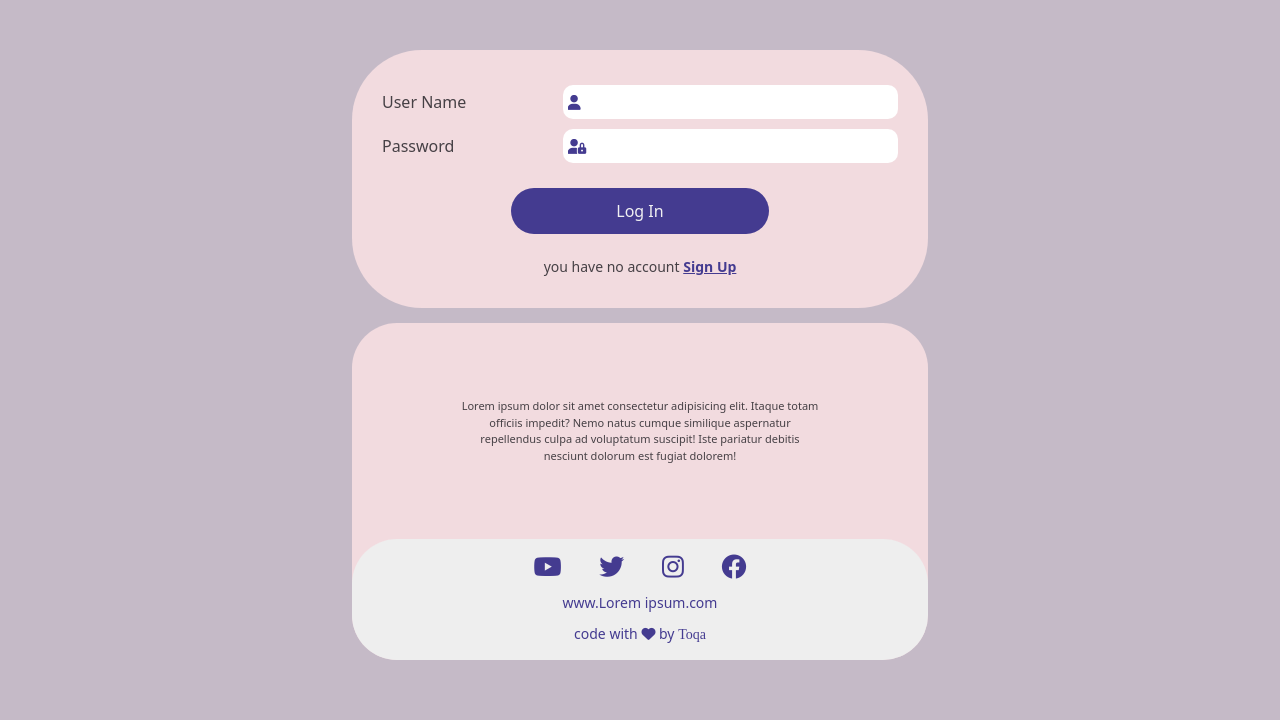
Repository: Toqa-25/register-page-one
Page: log in/index.html
These files come from the project's save history. The page is drawn as it stood at one moment and after the next save; the edit follows.
The browser window is 1280 px wide. The pictures show the whole page.
Some web fonts or font styles are not loaded; a fallback is used. Some web libraries are served in a nearby version.

Above is the page before, as saved 2021-12-26 14:08:47.

### log in/index.html
<!DOCTYPE html>
<html lang="en">
<head>
    <meta charset="UTF-8">
    <meta http-equiv="X-UA-Compatible" content="IE=edge">
    <meta name="viewport" content="width=device-width, initial-scale=1.0">
    <!-- bootstrab Style -->
    <link href="https://cdn.jsdelivr.net/npm/bootstrap@5.1.3/dist/css/bootstrap.min.css" rel="stylesheet" integrity="sha384-1BmE4kWBq78iYhFldvKuhfTAU6auU8tT94WrHftjDbrCEXSU1oBoqyl2QvZ6jIW3" crossorigin="anonymous">
    <!-- fontawosome -->
  <link rel="stylesheet" href="https://pro.fontawesome.com/releases/v5.10.0/css/all.css" integrity="sha384-AYmEC3Yw5cVb3ZcuHtOA93w35dYTsvhLPVnYs9eStHfGJvOvKxVfELGroGkvsg+p" crossorigin="anonymous"/>
    <link rel="stylesheet" href="https://cdnjs.cloudflare.com/ajax/libs/font-awesome/5.1.0/css/v4-shims.min.css">
    <link rel="stylesheet" href="https://cdnjs.cloudflare.com/ajax/libs/font-awesome/6.0.0-beta3/css/all.min.css">
  <!-- css file style -->
    <link rel="stylesheet" href="../css/style.css">
    <!-- google font -->
    <link rel="preconnect" href="https://fonts.googleapis.com">
<link rel="preconnect" href="https://fonts.gstatic.com" crossorigin>
<link href="https://fonts.googleapis.com/css2?family=Pushster&display=swap" rel="stylesheet">
    <!-- page-title -->
    <title> log in Page </title>
</head>
<body>
<!-- sign up  Section -->
<form action="" class="part-style" id="sign-form">
    <!-- user-name -->
    <div class="form-input d-flex justify-content-between align-items-center flex-sm-column flex-md-row">
    <label for="user-name">User Name</label>
    <input type="text" name="" id="user-name" class="input input-font" placeholder="&#xf007;">
    </div>
    <!-- password -->
    <div class="form-input d-flex justify-content-between align-items-center flex-sm-column flex-md-row">
    <label for="password">Password</label>
    <input type="password" name="" id="password" class="input" placeholder="&#xf502;">
    </div>
    <!-- submit btn  -->
    <input type="submit" value="Log In" class="btn sign-log-btn d-block log-btn input-font"  id="sign-btn" >
     <span>you have no account  <a href="../sign up/index.html"> Sign Up </a></span>
</form>
   <!-- accept section -->

   <!-- footer section -->
  <footer class="part-style">
          <div class="footer-content">
              <div class="footer-text">
                  <p class="footer-text-info">
                      Lorem ipsum dolor sit amet consectetur adipisicing elit. Itaque totam officiis impedit? Nemo natus cumque similique aspernatur repellendus culpa ad voluptatum suscipit! Iste pariatur debitis nesciunt dolorum est fugiat dolorem!
                  </p>
              </div>
              <div class="footer-icons d-flex flex-column justify-content-evenly align-items-center">
                  <!-- <div class="footer-icons-group"> -->
                      <span class="footer-icons-group d-flex justify-content-evenly align-items-center">
                  <!-- <i class="fab fa-youtube"> <a href="https://toqa-25.github.io/portfolio/" target="_blank" rel="noopener noreferrer"></a> </i> -->
                  <a href="https://" target="_blank" rel="noopener noreferrer"> <i class="fab fa-youtube"></i></a>
                  <a href="http://" target="_blank" rel="noopener noreferrer"><i class="fab fa-twitter"></i></a>
                  <a href="http://" target="_blank" rel="noopener noreferrer"><i class="fab fa-instagram"></i></a>
                 <a href="http://" target="_blank" rel="noopener noreferrer"> <i class="fab fa-facebook"></i></a>
                  </span>
              <!-- </div> -->
                <!-- <div class="footer-icons-text"> -->
                    <span class="web-text d-block">www.Lorem ipsum.com</span>
                    <span class="code-text">code with <i class="fas fa-heart"></i> by <Span class="coder"><a href="https://toqa-25.github.io/portfolio/" target="_blank" rel="noopener noreferrer" >Toqa</a></Span> </span>
                <!-- </div> -->
              </div>
      </div>
  </footer>
  <script>
    //   // checked ok
    //   let checked = document.getElementById("checked")
    //   let right = document.getElementById("right")
    //  checked.onclick = function () {
    //      if ( right.style.display === "none"){
    //          right.style.display="block"
    //      }
    //      else{
    //           right.style.display ="none"
    //      }
    //  }
    //  // form
    //  let form = document.getElementById("sign-form")
    //  let signUp = document.getElementById("sign-btn")
    //  form.addEventListener("submit" , function (event){
    //      event.preventDefault ()
    //  });

    //  signUp.addEventListener("click" , function (){
    //      setTimeout(() => {
    //          window.location ="../log in/index.html"
    //      }, 1000);
    //     console.log ("go")
    //  })
  </script>
</body>
</html>

### css/style.css

/* Root */
:root{
    --m-text-color:#f0f0f2;
    /* --s-text-color:#464045; */
    --s-text-color:#464045;
    --th-text-color:#545050;
    --pink-background:#f2dbdf;
    --sign-btn-background:#c5bac7;
    --log-btn-background:#443b90;
    --footer-icon-background:#eeeeee;
    --website-text:#c0bdd4;
}
/* global style */
*, p{
    box-sizing :border-box;
    padding: 0;
    margin: 0;
}
body{
    /* background-color:var(--th-text-color) ; */
        background-color: #c5bac7;
}
.part-style{
    width: 90%;
}
/* @media (min-width:575px){ */
 @media (min-width:991px){
    .part-style{
        width: 45%;
    }
    }
@media (max-width:990px){
.part-style{
    width: 60%;
}
}
@media (max-width:767px){
.part-style{
    width: 80%;
}
}
@media (max-width:575px){
.part-style{
    width: 95%;
}
}
/**********************************************************************/
/* sign in & log in style */
.sign-log , #sign-form{
    margin: 50px auto 15px;
    background-color: var(--pink-background);
    border-radius: 70px;
    -webkit-border-radius: 70px;
    -moz-border-radius: 70px;
    -ms-border-radius: 70px;
    -o-border-radius: 70px;
        color:var(--s-text-color);
     text-align: center;

}
.sign-log-btn,.sign-log-btn:hover,.sign-log-btn:hover a {
    width: 50%;
    margin: 20px auto;
    border-radius: 25px;
    padding: 10px;
    color:var(--m-text-color)


}
.sign-btn{
    background-color: var(--sign-btn-background);
}
.log-btn{
    background-color: var(--log-btn-background);
}
.sign-log-btn a{
    text-decoration: none;
    color:var(--m-text-color)

}
/* accept style */
.accept{
    color:var(--s-text-color);
    margin:20px auto;
}
.accept-content{
    background-color:var(--footer-icon-background) ;
    border-radius: 25px;
    -webkit-border-radius: 25px;
    -moz-border-radius: 25px;
    -ms-border-radius: 25px;
    -o-border-radius: 25px;
    padding: .75rem 1rem ;
    font-size: 15px;
}
.acc-text{
  margin-bottom: 0;
}
.acc-check{
    width: 13px;
    height: 13px;
    border-radius: 50%;
    border: 1px solid var(--s-text-color);
    cursor: pointer;
}
.acc-check i {
    margin: 3px 1px 3px 4px;
    font-size: 14px;
    line-height: 15px;
    display: none;
}
/**********************************************************************/
/* footer style */
footer {
    margin:15px auto 20px;
    color:var(--s-text-color);
    background-color: var(--pink-background);
    border-radius: 45px;
    -webkit-border-radius: 45px;
    -moz-border-radius: 45px;
    -ms-border-radius: 45px;
    -o-border-radius: 45px;
}

.footer-text{
    padding: 75px 50px;
    font-size: 11px;
    text-align: center;
}
.footer-text-info{
    width: 75%;
    margin: 0 auto;
}
.footer-icons{
    background-color:var(--footer-icon-background) ;
    border-radius: 45px;
    width: 100%;
    text-align: center;
    min-height: 100px;
        padding: 5px 0;
    color:var(--log-btn-background) ;


}
.footer-icons-group{
    width: 50%;
    margin: 10px auto 0;
}
.footer-icons-group i{
 font-size: 25px;
 transition: .3s;
 -webkit-transition: .3s;
 -moz-transition: .3s;
 -ms-transition: .3s;
 -o-transition: .3s;
color:var(--log-btn-background) ;

}
.footer-icons-group  a i:hover{
    transform: rotate(
360deg) scale(1.25);
color: var(--log-btn-background);
    color:var(--log-btn-background) ;

}
.web-text {
    font-size: 14px;
    margin: 10px auto;
}
.code-text {
    font-size: 14px;
    margin-bottom: 10px ;
}
footer a , footer a:hover{
    text-decoration:none ;
    color:var(--s-text-color);
    cursor: pointer;

}

.coder a , .coder a:hover{
    font-family: 'Pushster', cursive;
    color:var(--log-btn-background) ;


}
/**********************************************************************/
 /* sign-up page */
 #sign-form{
/* width: 70%; */
padding: 30px;
}
   .form-input {
       width: 100%;
   }
.input{
    width: 65%;
    padding: 5px;
    border: none;
    border-radius: 10px;
    margin: 5px 0;
    outline: none;
}
#sign-form span{
    font-size: 14px;
}
#sign-form span a{
    color:var(--log-btn-background) ;
    font-weight: bold;
    cursor: pointer;
}
@media (max-width:767px){
    .flex-sm-column{
        flex-direction: column;
}
.input{
    width: 80%;
}
}
/* @media (max-width:575px){
    .flex-sm-column{
        flex-direction: column;
}
.input{
    width: 95%;
}
} */
/**********************************************************************/
 /* sign-up page */
 /* @import "//netdna.bootstrapcdn.com/font-awesome/3.0/css/font-awesome.css"; */
::placeholder{
     font-family: 'Font Awesome 5 free';
     font-weight: 700;
     color: var(--s-text-color);
     font-size: 15px;
     letter-spacing: 1px;
     text-transform: capitalize;
    color:var(--log-btn-background) ;

 }

After the next save:
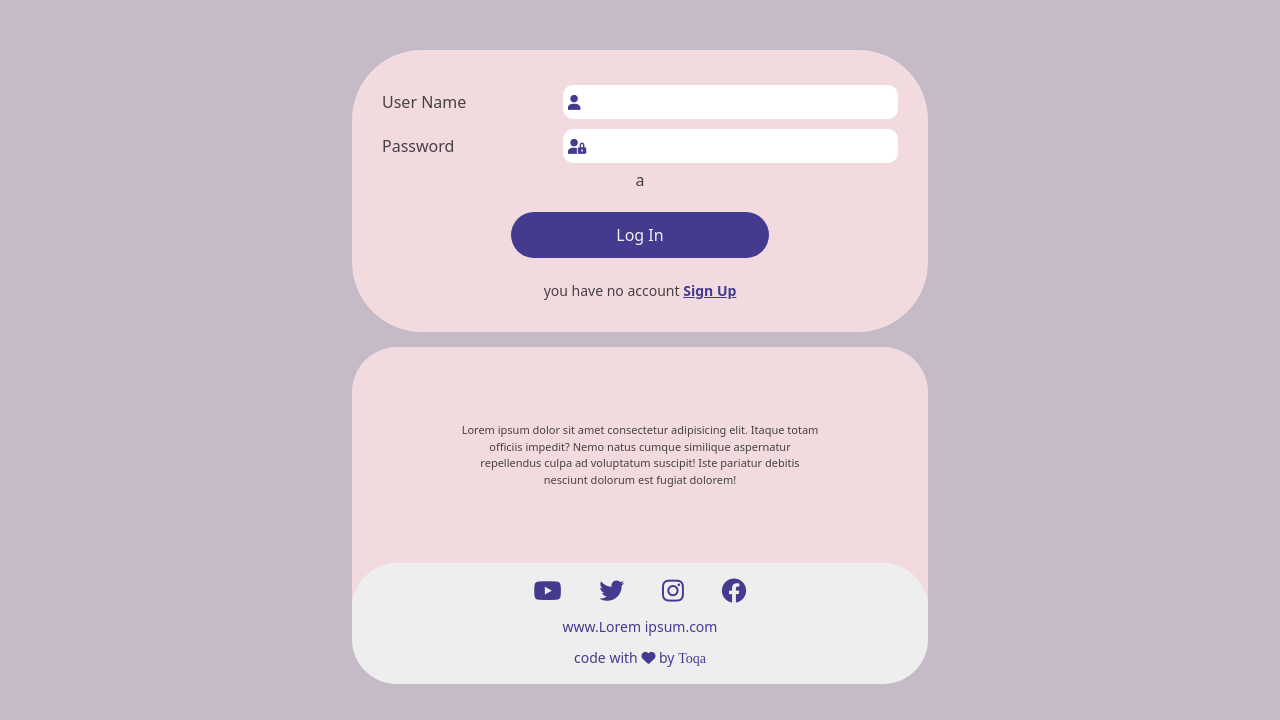
Saved 2 h 23 min later.
--- a/log in/index.html
+++ b/log in/index.html
@@ -33,6 +33,7 @@
     <input type="password" name="" id="password" class="input" placeholder="&#xf502;">
     </div>
     <!-- submit btn  -->
+    a
     <input type="submit" value="Log In" class="btn sign-log-btn d-block log-btn input-font"  id="sign-btn" >
      <span>you have no account  <a href="../sign up/index.html"> Sign Up </a></span>
 </form>

After the save that followed:
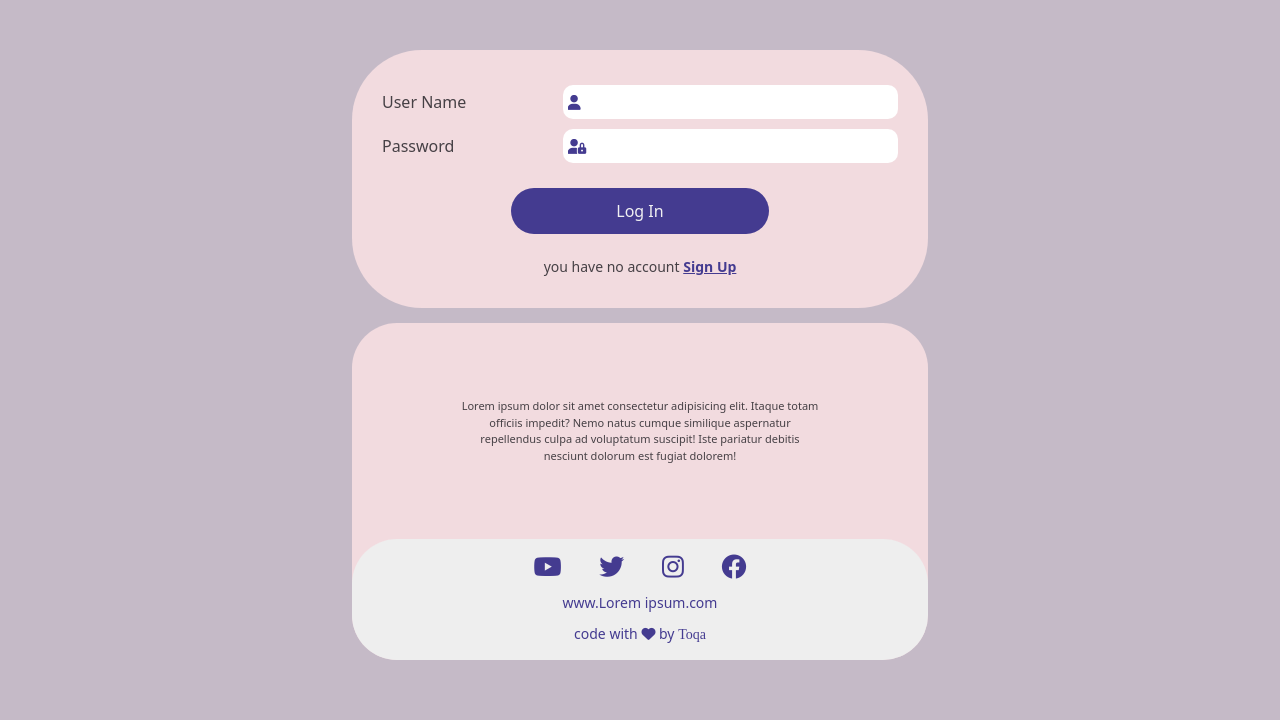
Saved 5 s later.
--- a/log in/index.html
+++ b/log in/index.html
@@ -33,7 +33,7 @@
     <input type="password" name="" id="password" class="input" placeholder="&#xf502;">
     </div>
     <!-- submit btn  -->
-    a
+    <a href="http://"></a>
     <input type="submit" value="Log In" class="btn sign-log-btn d-block log-btn input-font"  id="sign-btn" >
      <span>you have no account  <a href="../sign up/index.html"> Sign Up </a></span>
 </form>
